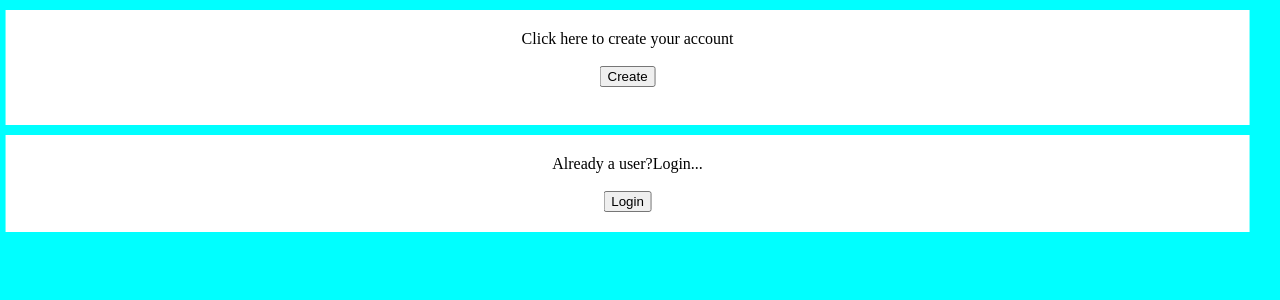
Repository: rosikraj/TurbifyTraining
Page: Wallet/WebContent/button.html
The author's editor kept a copy of each file at every save. The page is drawn from the files as they stood at one save, then again after the next save.
The browser window is 1280 px wide. The pictures show the whole page.

Above is the page before, as saved 2023-09-24 05:58:43.

After the next save:
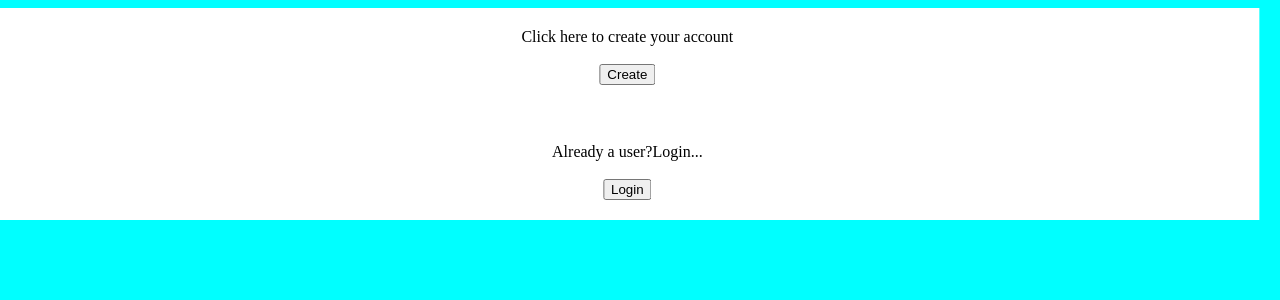
Saved 41 s later.
--- a/Wallet/WebContent/button.html
+++ b/Wallet/WebContent/button.html
@@ -14,7 +14,7 @@
     		background-color:white;
     		align:center;
     		display:block;
-    		margin:10px;
+
     		padding:20px;
     		transform:translateX(-1%);
     	}
